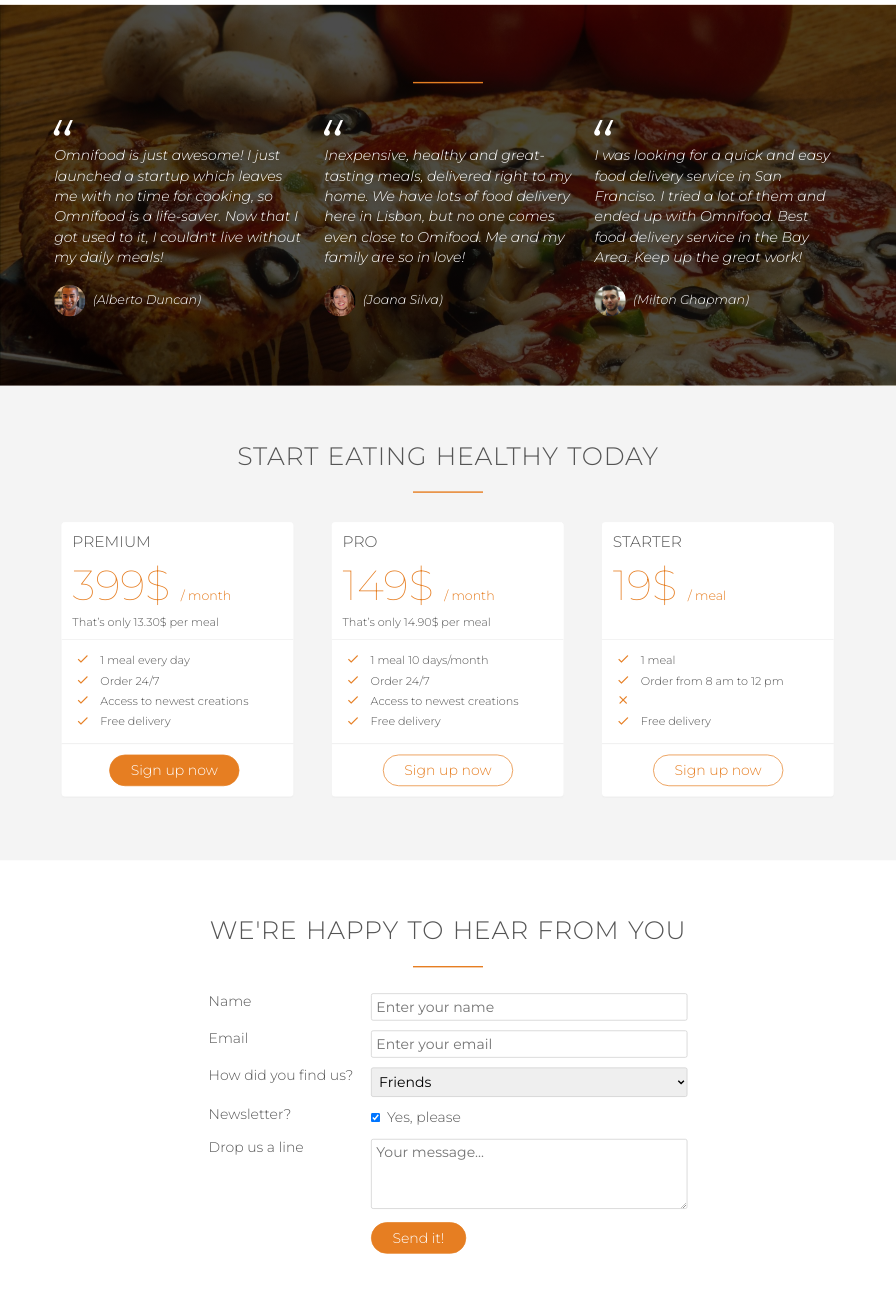
Repository: bbaryn/tasty-food-page
Page: index.html
These files come from the project's save history. The page is drawn as it stood at one moment and after the next save; the edit follows.
The browser window is 1280 px wide. The pictures show the part of the page from y = 3360 to 5280 px (the page is 5237 px tall before and 5280 px after), at 70% of full size.
Backgrounds fixed to the window are drawn as part of the page.

Above is the page before, as saved 2019-03-28 11:17:32.

After the next save:
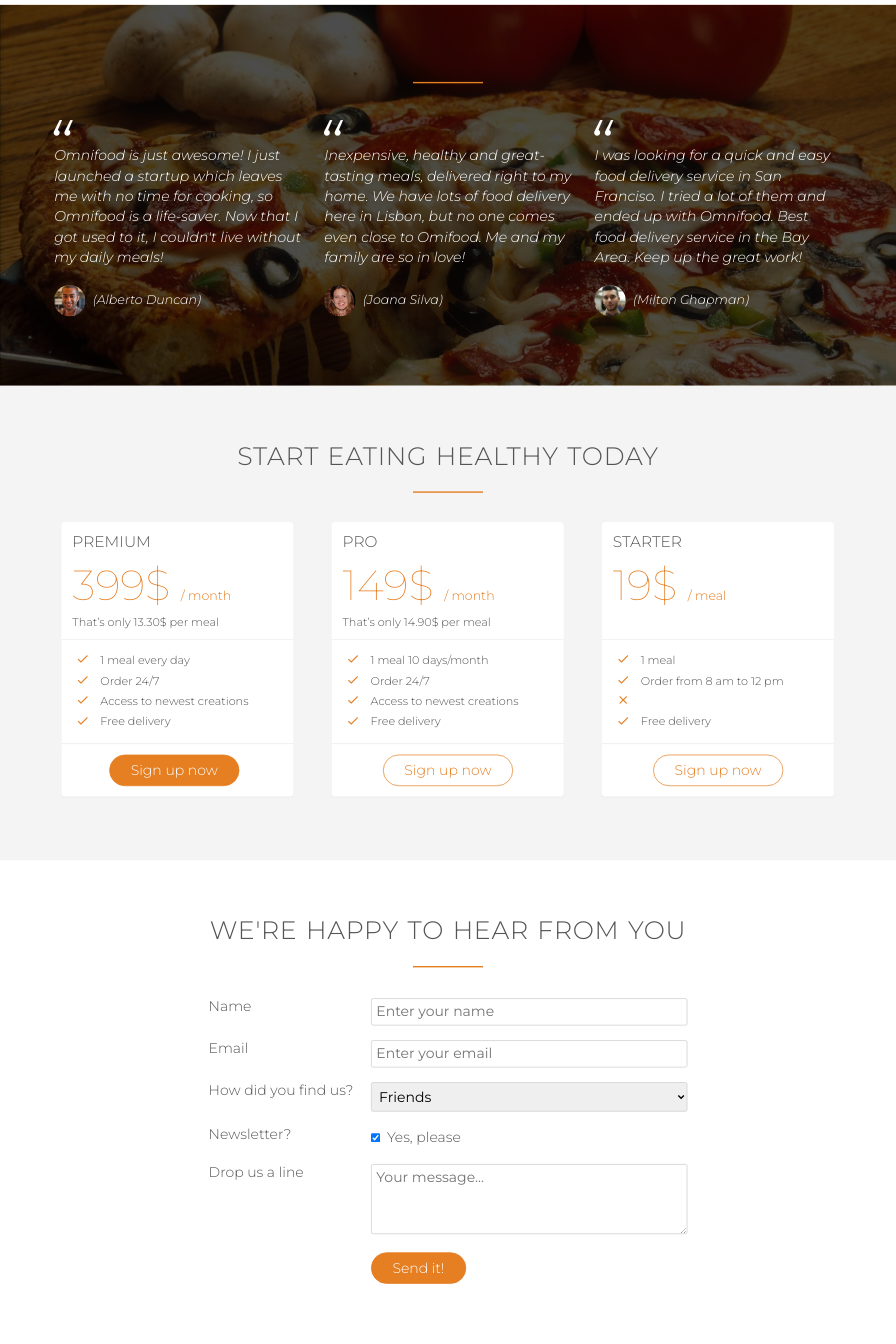
Saved 72 s later.
--- a/resources/css/style.css
+++ b/resources/css/style.css
@@ -473,8 +473,8 @@
     border: 1px solid #ccc;
 }
 
-label {
-    margin-top: 7px;
+.contact-form div.col {
+    margin-top: 14px;
 }
 
 textarea {
